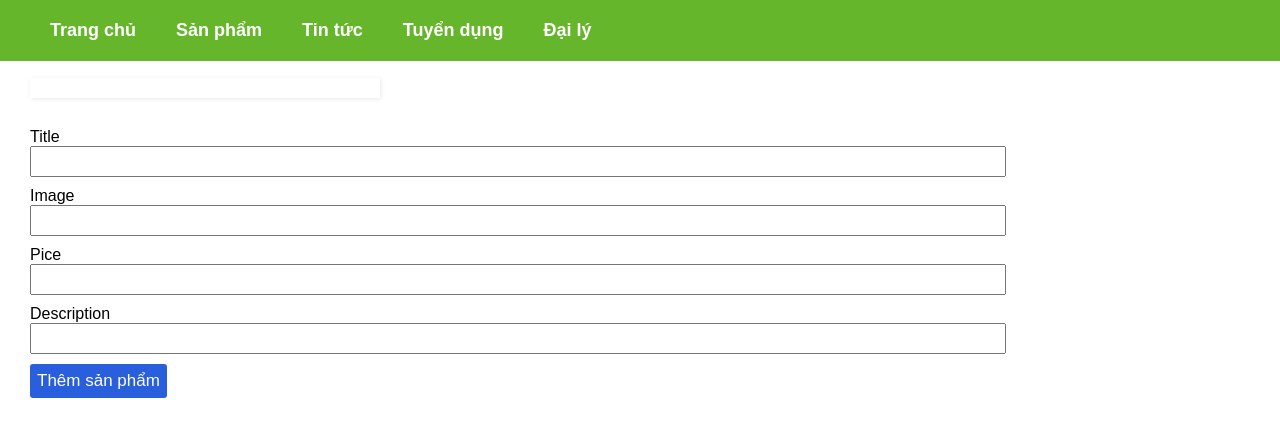
Repository: Ngoc28/CURD_HTML-CSS_JS_JSON
Page: index.html
An editor plug-in stored every save of this project. The page is shown before and after the next save, followed by the edit.
The browser window is 1280 px wide. The pictures show the whole page.
The page's requests for data from a server got no answer.

Above is the page before, as saved 2023-04-11 10:44:48.
Console error: TypeError: Cannot read properties of undefined (reading 'addEventListener')

### index.html
<!DOCTYPE html>
<html lang="en">
<head>
    <meta charset="UTF-8">
    <meta http-equiv="X-UA-Compatible" content="IE=edge">
    <meta name="viewport" content="width=device-width, initial-scale=1.0">
    <title>CURD Cơ bản</title>
    <link rel="stylesheet" href="https://cdnjs.cloudflare.com/ajax/libs/font-awesome/6.4.0/css/all.min.css" integrity="sha512-iecdLmaskl7CVkqkXNQ/ZH/XLlvWZOJyj7Yy7tcenmpD1ypASozpmT/E0iPtmFIB46ZmdtAc9eNBvH0H/ZpiBw==" crossorigin="anonymous" referrerpolicy="no-referrer" />
    <link rel="stylesheet" href="./asset/css/style.css">
</head>
<body>
    <header class="header-menu">
        <ul class="list-menu">
            <li class="item-menu"><a href="">Trang chủ</a></li>
            <li class="item-menu"><a href="">Sản phẩm</a></li>
            <li class="item-menu"><a href="">Tin tức</a></li>
            <li class="item-menu"><a href="">Tuyển dụng</a></li>
            <li class="item-menu"><a href="">Đại lý</a></li>
        </ul>
    </header>
    <div class="main">
        <div class="title-product">
            <h2 class="title">Sản phẩm của chúng tôi</h2>
        </div>
        <div class="products">
            <div class="product">
                <!-- <h3 class="product-name">Coca-Cola</h3>
                <img src="https://cdn.tgdd.vn/Products/Images/2947/190310/bhx/sua-trai-cay-nutriboost-huong-cam-297ml-202202122134380628.jpg" alt="" class="product-img">
                <spam class="product-price">18.000</spam>
                <span class="product-description">Nutriboost là thức uống dinh dưỡng kết hợp sữa và nước trái cây thơm ngon, giúp bạn luôn tràn năng lượng cho một ngày làm việc hiệu quả.</span> -->
            </div>
        </div>
    </div>
    <div class="form">
        <div class="form-1">
            <label for="">Title</label>
            <input type="text" name="title">
        </div>
        <div class="form-1">
            <label for="">Image</label>
            <input type="text" name="image">
        </div>
        <div class="form-1">
            <label for="">Pice</label>
            <input type="text" name="price">
        </div>
        <div class="form-1">
            <label for="">Description</label>
            <input type="text" name="description">
        </div>
        <button type="submit" id="create">Thêm sản phẩm</button>
    </div>

    <!-- formUpdate -->
    <div class="form-update">
        <div class="modal">
            <header>
                <i class="update-icon fa-solid fa-xmark"></i>
                <h1>
                    Form Update
                </h1>
            </header>
            <div class="modal-body">
                <div class="form-2">
                    <label for="title">Title</label>
                    <input type="text" id="title" name="title">
                </div>
                <div class="form-2">
                    <label for="image">Image</label>
                    <input type="text" id="image" name="image">
                </div>
                <div class="form-2">
                    <label for="price">Pice</label>
                    <input type="text" id="price" name="price">
                </div>
                <div class="form-2">
                    <label for="description">Description</label>
                    <input type="text" id="description" name="description">
                </div>
                <button type="submit" id="update">Update</button>
            </div>
        </div>
    </div>
    <script src="/script.js"></script>
</body>
</html>

### asset/css/style.css
*{
    padding: 0;
    margin: 0;
    box-sizing: border-box;
}

body {
    font-family: Arial, Helvetica, sans-serif;
}

.header-menu {
    position: fixed;
    top: 0;
    left: 0;
    right: 0;
    background-color: #66b62b;
    font-size: 18px;
    font-weight: 600;
}

.list-menu {
    display: flex;
    margin: 0 30px;
}

.item-menu {
    list-style: none;
}

.item-menu a {
    padding: 20px;
    display: block;
    text-decoration: none;
    color: #fff;
}

.item-menu a:hover {
    background-color: #ffd400;
    display: block;
}

/* Product */
.main {
    margin: 30px 30px 10px 30px;
}

.title-product {
    margin-bottom: 20px;
}


.title-product .title {
    text-align: center;
    color: #d72b27;
}

.products {
    display: flex;
    justify-content: space-between;
    flex-wrap: wrap;
}

.product {
    width: 350px;
    cursor: pointer;
    box-shadow: 1px 1px 5px   rgba(0, 0, 0, 0.09);
    margin-bottom: 20px;
    padding: 10px;
}


.product h3:hover {
    color: #d72b27;
}


.product-name {
    text-align: center;
}

.product-img {
    width: 100%;
    object-fit: cover;
}


.product .product-price:hover {
    color: #66b62b;
}

.product-price {
    color: #d72b27;
    margin: 10px 10px 6px;
    display: flex;
    justify-content: center;
    font-weight: 600;
}

.product-description {
    font-size: 15px;
    font-weight: 400;
    line-height: 20px;
    height: 40px;
    margin: 10px 10px 6px;
    overflow: hidden;
    display: block;
    display: -webkit-box;
    -webkit-box-orient: vertical;
    -webkit-line-clamp: 2;
}


.btn {
    display: flex;
    justify-content: center;
}


.delete-btn{
    margin-right: 10px;
}

.update-btn,
.delete-btn {
    padding: 8px;
    background-color: #66b62b;
    color: #fff;
    font-size: 15px;
    border: none;
    border-radius: 3px;
}

.update-btn:hover,
.delete-btn:hover {
    background-color: #336013;
}

/* Form */
.form {
    margin: 0 30px;

}

.form-1{
    margin-bottom: 10px;
}

.form-1 label {
    display: block;
    font-size: 16px;
    width: 90px;
}

.form-1 input {
    padding: 5px;
    font-size: 15px;
    width: 80%;
}

.form button {
    padding: 7px;
    background-color: #295fdd;
    color: #fff;
    font-size: 17px;
    border: none;
    border-radius: 3px;
}

.form button:hover {
    background-color: #172e62;
}

/* FormUpdate */

.form-update.open {
    display: flex;
}

.form-update {
    position:fixed;
    top: 0;
    right: 0;
    bottom: 0;
    left: 0;
    background-color: rgba(0, 0, 0, 0.5);
    align-items: center;
    justify-content: center;
    display: none;
}

.modal {
    background-color: #fff;
}

.modal header {
    background-color: #66b62b;
    color: #fff;
    height: 80px;
    width: 500px;
}

.modal h1 {
    line-height: 90px;
    text-align: center;
    font-size: 22px;
}

.modal .update-icon {
    float: right;
    padding: 10px;
    font-size: 20px;
    color: #fff;
}

.modal .update-icon:hover {
    color: #d72b27;
}

.modal-body {
    padding: 20px;
}

.form-2 {
    margin-bottom: 20px;
}

.form-2 label {
    display: block;
    margin-bottom: 5px;
    font-size: 16px;
    font-weight: 600;
    color: #3d81db;
}

.form-2 input {
    width: 100%;
    padding: 8px;
    font-size: 16px;
}

.modal-body button {
    padding: 8px;
    background-color: #295fdd;
    font-size: 17px;
    color: #fff;
    border: none;
    border-radius: 3px;
}

.modal-body button:hover {
    background-color: #172e62;
}

### script.js
let productsApi = 'http://localhost:3000/products';

function start() {
    getProducts(renderProducts);

    handleCreateForm();
    handleUpdateProduct()
}

start();

//lay ra san pham

function getProducts(callback) {

    fetch(productsApi)
    .then(function(response) {
        return response.json();
    })
    .then(callback);
}

function createProduct(data, callback) {
    var options = {
        method: 'POST',
        body: JSON.stringify(data),
        headers: {
            "Content-Type": "application/json",
            // 'Content-Type': 'application/x-www-form-urlencoded',
          }
    };
    fetch(productsApi, options)
        .then(function(response) {
            response.json();
        })
        .then(callback);

}

function handleDeleteProduct(id) {
    var options = {
        method: 'DELETE',
        headers: {
            "Content-Type": "application/json",
            // 'Content-Type': 'application/x-www-form-urlencoded',
          }
    };
    fetch(productsApi + '/' + id, options)
        .then(function(response) {
            response.json();
        })
        .then(function() {
           var productItem = document.querySelector('.product-item-' + id);
           if(productItem) {
            productItem.remove();
           }
        });
}


//show du lieu ra man hinh
function renderProducts(products) {
    var listProducts = document.querySelector('.products');

    var htmls = products.map(function(product) {
        return `
        <div class="product product-item-${product.id}">
            <h3 class="product-name">${product.title}</h3>
            <img src="${product.image}" class="product-img">
            <spam class="product-price">${product.price}đ</spam>
            <span class="product-description">${product.description}</span>
            <div class="btn">
                <button onclick="handleDeleteProduct(${product.id})" class="delete-btn">Delete</button>

            </div>
        </div>`

    })

    listProducts.innerHTML = htmls.join('');
}

function handleCreateForm() {
    var createBtn = document.querySelector('#create');

    createBtn.onclick = function() {
        var title = document.querySelector('input[name="title"]').value;
        var image = document.querySelector('input[name="image"]').value;
        var price = document.querySelector('input[name="price"]').value;
        var description = document.querySelector('input[name="description"]').value;

        var formData = {
            title: title,
            image: image,
            price: price,
            description: description
        }

        createProduct(formData, function() {
            getProducts(renderProducts);
        });

    }
}

// Update Form
function handleUpdateProduct(id, show) {
    var formUpdate = document.querySelector('.form-update')
    function showFormUpdate() {
        alert('show')
    }

    show.addEventListener('click', showFormUpdate)
    // formUpdate.classList.add('.open')

}

After the next save:
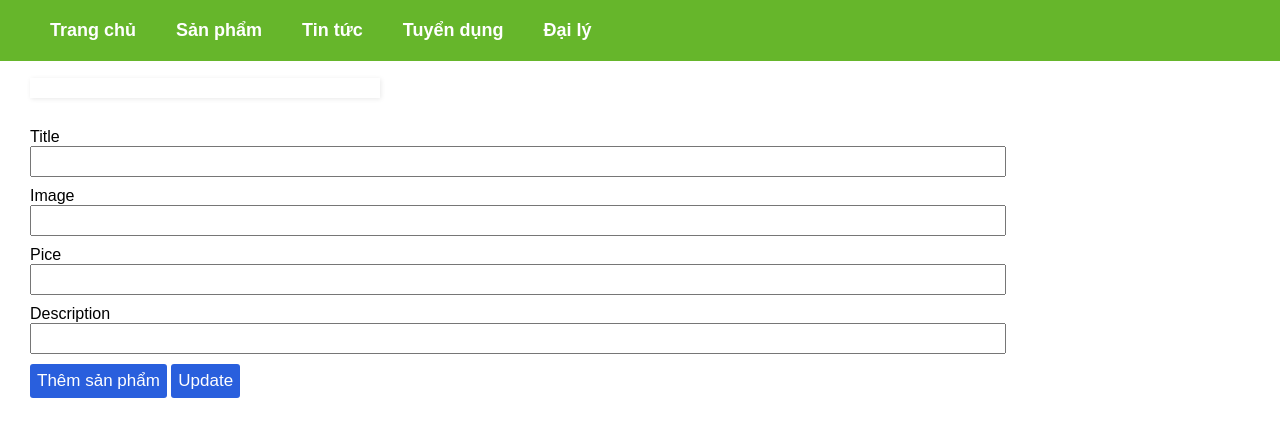
Saved 23 s later.
--- a/index.html
+++ b/index.html
@@ -49,6 +49,7 @@
             <input type="text" name="description">
         </div>
         <button type="submit" id="create">Thêm sản phẩm</button>
+        <button class="update-btn">Update</button>
     </div>
 
     <!-- formUpdate -->
